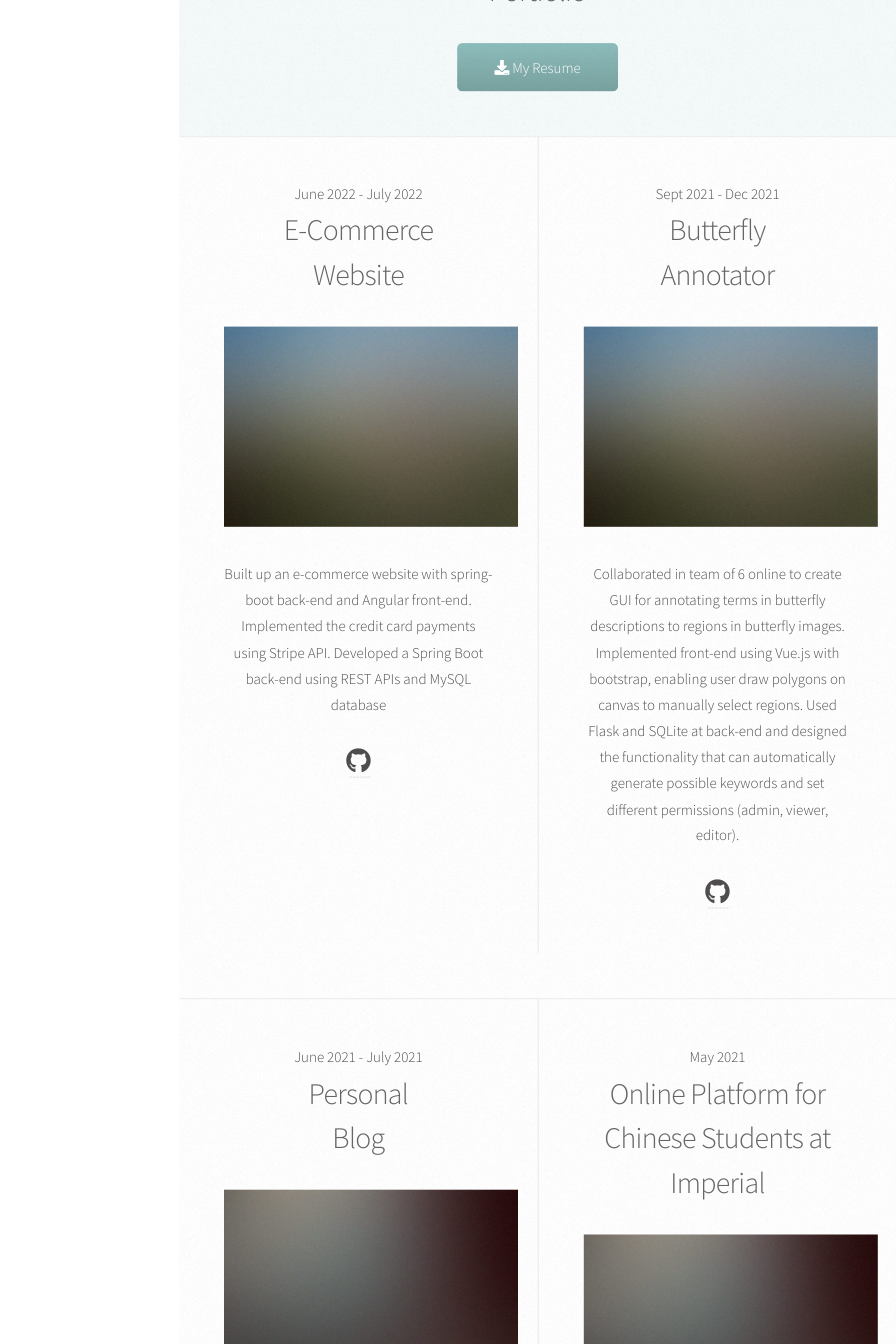
Repository: Felixqxz/Felixqxz.github.io
Page: index.html
An editor plug-in stored every save of this project. The page is shown before and after the next save, followed by the edit.
The browser window is 1280 px wide. The pictures show the part of the page from y = 1422 to 3342 px (the page is 5614 px tall), at 70% of full size.

Above is the page before, as saved 2022-07-28 23:45:40.

### index.html
<!DOCTYPE HTML>
<!--
	Prologue by HTML5 UP
	html5up.net | @ajlkn
	Free for personal and commercial use under the CCA 3.0 license (html5up.net/license)
-->
<html>
	<head>
		<title>Prologue by HTML5 UP</title>
		<meta charset="utf-8" />
		<meta name="viewport" content="width=device-width, initial-scale=1, user-scalable=no" />
		<link rel="stylesheet" href="assets/css/main.css" />
	</head>
	<body class="is-preload">

		<!-- Header -->
			<div id="header">

				<div class="top">

					<!-- Logo -->
						<div id="logo">
							<span class="image avatar48"><img src="images/avatar.jpg" alt="" /></span>
							<h1 id="title">Xingzhi Qian</h1>
							<p>Imperial College London</p>
						</div>

					<!-- Nav -->
						<nav id="nav">
							<ul>
								<li><a href="#top" id="top-link"><span class="icon solid fa-home">Intro</span></a></li>
								<li><a href="#about" id="about-link"><span class="icon solid fa-user">About Me</span></a></li>
								<li><a href="#portfolio" id="portfolio-link"><span class="icon solid fa-th">Portfolio</span></a></li>
								<!-- <li><a href="#contact" id="contact-link"><span class="icon solid fa-envelope">Contact</span></a></li> -->
							</ul>
						</nav>

				</div>

				<div class="bottom">

					<!-- Social Icons -->
						<ul class="icons">
							<li><a href="https://github.com/Felixqxz" class="icon brands fa-github"><span class="label">Github</span></a></li>
							<li><a href="https://www.linkedin.com/in/felixqian" class="icon brands fa-linkedin"><span class="label">LinkedIn</span></a></li>
							<li><a href="mailto: xingzhi.qian19@imperial.ac.uk" class="icon solid fa-envelope"><span class="label">Email</span></a></li>
							<li><a href="https://www.instagram.com/felix_qxz" class="icon brands fa-instagram"><span class="label">Instagram</span></a></li>
						</ul>

				</div>

			</div>

		<!-- Main -->
			<div id="main">

				<!-- Intro -->
					<section id="top" class="one dark cover">
						<div class="container">

							<header>
								<h2 class="alt">Hi! I'm <strong>Xingzhi (Felix)</strong>,</h2>
								<h2>a fourth year MEng Computing student at</h2>
								<h2>Imperial College London</h2>
							</header>

							<footer>
								<a href="#about" class="button scrolly">Explore more</a>
							</footer>

						</div>
					</section>


					<!-- About Me -->
					<section id="about" class="three">
						<div class="container">

							<header>
								<h2>About Me</h2>
							</header>

							<a href="#" class="image featured"><img src="images/pic08.jpg" alt="" /></a>

							<p>I'm Xingzhi (Felix) Qian, a fourth year MEng student studying computing (Artificial Intelligence and Machine Learning) at Imperial College London. </p>
							<p>I was born in Changshu, a beautiful city on the east coast of China. I love music, sports, playing games and travelling in my spare time.
								I'm really enthusiastic about learning latest technologies and new skills.
							</p>

						</div>
					</section>

					<!-- Portfolio -->
					<section id="portfolio" class="two">
						<div class="container">

							<header>
								<h2>Portfolio</h2>
							</header>

							<a href="assets/CV.pdf" class="button" target="_blank"><i class="fa fa-download"></i>  My Resume</a>

						</div>
					</section>

					<section class="posts">
						<article>
							<header>
								<span class="date">June 2022 - July 2022</span>
								<h2>E-Commerce<br />
								Website</a></h2>
							</header>
							<img src="images/pic02.jpg" alt="" /><br><br>
							<p>Built up an e-commerce website with spring-boot back-end and Angular front-end. Implemented the credit card payments using Stripe API.
								Developed a Spring Boot back-end using REST APIs and MySQL database
							</p>
							<a href="https://github.com/Felixqxz/butterfly-annotator" class="icon brands fa-github" style="font-size:36px"><span class="label">Github</span></a>
						</article>
						<article>
							<header>
								<span class="date">Sept 2021 - Dec 2021</span>
								<h2>Butterfly<br />
								Annotator</a></h2>
							</header>
							<img src="images/pic02.jpg" alt="" /><br><br>
							<p>Collaborated in team of 6 online to create GUI for annotating terms in butterfly descriptions to regions in butterfly images.
							Implemented front-end using Vue.js with bootstrap, enabling user draw polygons on canvas to manually select regions.
							Used Flask and SQLite at back-end and designed the functionality that can automatically generate possible
							keywords and set different permissions (admin, viewer, editor).
							</p>
							<a href="https://github.com/Felixqxz/butterfly-annotator" class="icon brands fa-github" style="font-size:36px"><span class="label">Github</span></a>
						</article>
						<article>
							<header>
								<span class="date">June 2021 - July 2021</span>
								<h2>Personal<br />
								Blog</h2>
							</header>
							<img src="images/pic03.jpg" alt="" /><br><br>
							<p>Created and built up the personal blog that enables different users to add their own blogs with Markdown format.
								Implemented front-end using Vue with element-UI, and back-end using Spring boot with MySQL. Used JWT (JSON Web Tokens) to ensure
								security between front-end and back-end.
							</p><br><br>
							<a href="https://github.com/Felixqxz/blog" class="icon brands fa-github" style="font-size:36px"><span class="label">Github</span></a>
						</article>
						<article>
							<header>
								<span class="date">May 2021</span>
								<h2>Online Platform for<br />
									 Chinese Students at Imperial</h2>
							</header>
							<img src="images/pic03.jpg" alt="" /><br><br>
							<p>Built up a mobile app that provides a platform for Chinese students at Imperial College to post problem that they would like to ask or share.
								Interviewed a few Chinese students in different years at Imperial and improved the software based on their feedback during the project iterations.
								Implemented using Swift for both front-end and back-end with Firebase as cloud-based NoSQL database.

							</p><br><br>
							<a href="https://github.com/Felixqxz/drp" class="icon brands fa-github" style="font-size:36px"><span class="label">Github</span></a>
						</article>
						<article>
							<header>
								<span class="date">Oct 2020 - Dec 2020</span>
								<h2>WACC<br />
								Compiler</h2>
							</header>
							<img src="images/pic03.jpg" alt="" /><br><br>
							<p>Worked in team of 4 online to build up Wacc compiler that generates assembly code using Java. Wacc is a simple language for educational purposes.
								Generated the language parser and constructed abstract syntax tree using ANTLR tool.
								Allowed for syntax and semantic checking of inputs and generate error messages according to both syntax and semantic error.


							</p><br><br>
							<a href="https://github.com/Felixqxz/Wacc" class="icon brands fa-github" style="font-size:36px"><span class="label">Github</span></a>
						</article>
						<article>
							<header>
								<span class="date">June 2018 - July 2018</span>
								<h2>Cataracts Classification<br /> Using SqueezeNet</h2>
							</header>
							<img src="images/pic03.jpg" alt="" /><br><br>
							<p>Used SqueezeNet, a deep neural network with few parameters, on cataracts classification that can help
								ophthalmologists diagnose different types of cataracts with images, achieving accuracy on test data at 96%.
								Generated and applied data augmentation to preprocess data for labeled datasets, and trained model with
								transfer learning using Keras and TensorFlow.
								Came up with the idea from volunteering in ophthalmology department and finding it took ophthalmologists
								time to diagnose different types of cataracts.


							</p>
							<a href="https://github.com/Felixqxz/cataracts-classification" class="icon brands fa-github" style="font-size:36px"><span class="label">Github</span></a>
						</article>
					</section>



				<!-- Contact -->
					<!-- <section id="contact" class="four">
						<div class="container">

							<header>
								<h2>Contact</h2>
							</header>

							<p>Elementum sem parturient nulla quam placerat viverra
							mauris non cum elit tempus ullamcorper dolor. Libero rutrum ut lacinia
							donec curae mus. Eleifend id porttitor ac ultricies lobortis sem nunc
							orci ridiculus faucibus a consectetur. Porttitor curae mauris urna mi dolor.</p>

							<form method="post" action="#">
								<div class="row">
									<div class="col-6 col-12-mobile"><input type="text" name="name" placeholder="Name" /></div>
									<div class="col-6 col-12-mobile"><input type="text" name="email" placeholder="Email" /></div>
									<div class="col-12">
										<textarea name="message" placeholder="Message"></textarea>
									</div>
									<div class="col-12">
										<input type="submit" value="Send Message" />
									</div>
								</div>
							</form>

						</div>
					</section> -->

			</div>

		<!-- Footer -->
			<div id="footer">

				<!-- Copyright -->
					<ul class="copyright">
						<li>&copy; Copyright © 2022 Xingzhi Qian All Rights Reserved.</li><br>
						<li>&copy; Created by Xingzhi Qian </li>
					</ul>

			</div>

		<!-- Scripts -->
			<script src="assets/js/jquery.min.js"></script>
			<script src="assets/js/jquery.scrolly.min.js"></script>
			<script src="assets/js/jquery.scrollex.min.js"></script>
			<script src="assets/js/browser.min.js"></script>
			<script src="assets/js/breakpoints.min.js"></script>
			<script src="assets/js/util.js"></script>
			<script src="assets/js/main.js"></script>

	</body>
</html>

Loaded but not shown: assets/css/fontawesome-all.min.css (library); assets/js/jquery.min.js (library); assets/js/jquery.scrolly.min.js (common file); assets/js/jquery.scrollex.min.js (common file); assets/js/browser.min.js (common file); assets/js/breakpoints.min.js (common file); assets/js/util.js (587 lines, source omitted); assets/js/main.js (123 lines, source omitted); assets/css/main.css (2799 lines, source omitted)

After the next save:
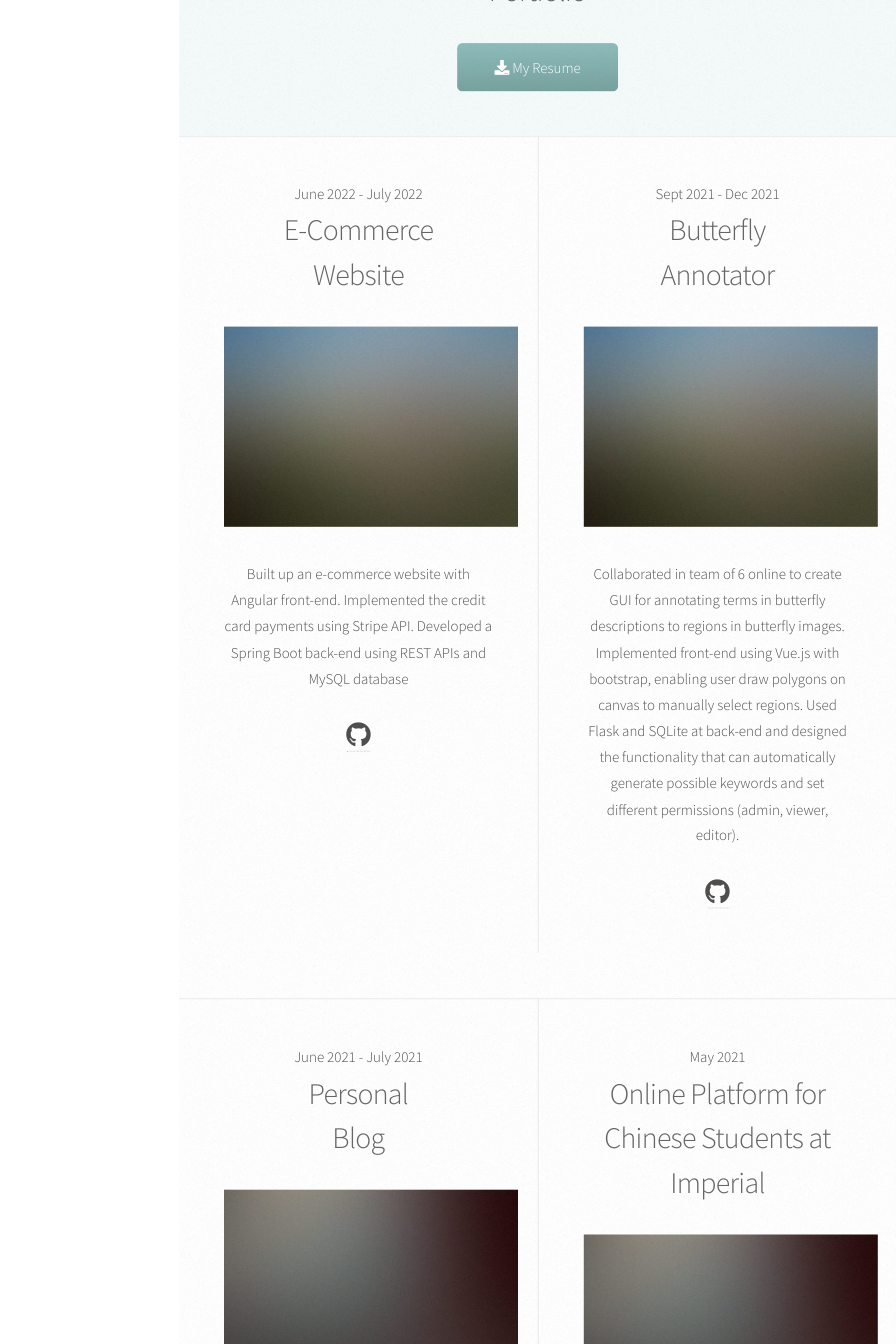
Saved 8 s later.
--- a/index.html
+++ b/index.html
@@ -111,7 +111,7 @@
 								Website</a></h2>
 							</header>
 							<img src="images/pic02.jpg" alt="" /><br><br>
-							<p>Built up an e-commerce website with spring-boot back-end and Angular front-end. Implemented the credit card payments using Stripe API.
+							<p>Built up an e-commerce website with Angular front-end. Implemented the credit card payments using Stripe API.
 								Developed a Spring Boot back-end using REST APIs and MySQL database
 							</p>
 							<a href="https://github.com/Felixqxz/butterfly-annotator" class="icon brands fa-github" style="font-size:36px"><span class="label">Github</span></a>
